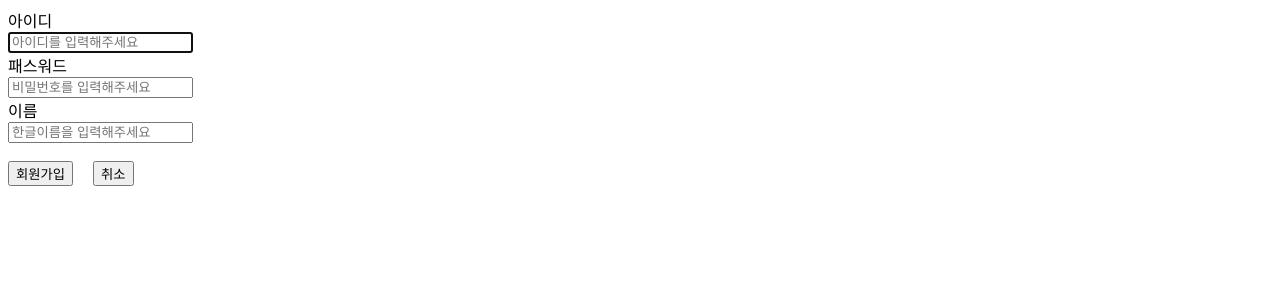
Repository: AHJ2616/Java
Page: http://localhost/board-jsp/06Session/Register_form.jsp
These files come from the project's save history. The page is drawn as it stood at one moment and after the next save; the edit follows.
The browser window is 1280 px wide. The pictures show the whole page.
The page is served by Tomcat 9. Other server files are loaded and not shown.

Above is the page before, as saved 2024-07-26 07:26:16.
Console error: SyntaxError: Unexpected token '}'

### jsp_workspace/board-jsp/src/main/webapp/06Session/Register_form.jsp
<%@ page language="java" contentType="text/html; charset=UTF-8"
    pageEncoding="UTF-8"%>
<!DOCTYPE html>
<html>
<head>
<meta charset="UTF-8">
<title>회원가입 작성</title>
<script>
function check_register(form){
	if(form)

}
</script>
</head>
<body>
<form id="register_form" action="Register.jsp" method="post" onsubmit="return check_register(this)">
<label for= "id">아이디</label><br>
<input type= "text" name= "id" id="id" autofocus="autofocus" required="required" placeholder="아이디를 입력해주세요"/><br>
<label for= "pw">패스워드</label><br>
<input type= "password" name= "pw" id="pw" required="required" placeholder="비밀번호를 입력해주세요"/><br>
<label for= "name">이름</label><br>
<input type= "text" name= "name" id="name" placeholder="한글이름을 입력해주세요"/><br><br>
<input type= "submit" value="회원가입" /> &nbsp;&nbsp;&nbsp;
<button type= "button" onclick= "location.href='login_form.jsp'">취소</button>
</form>
</body>
</html>

After the next save:
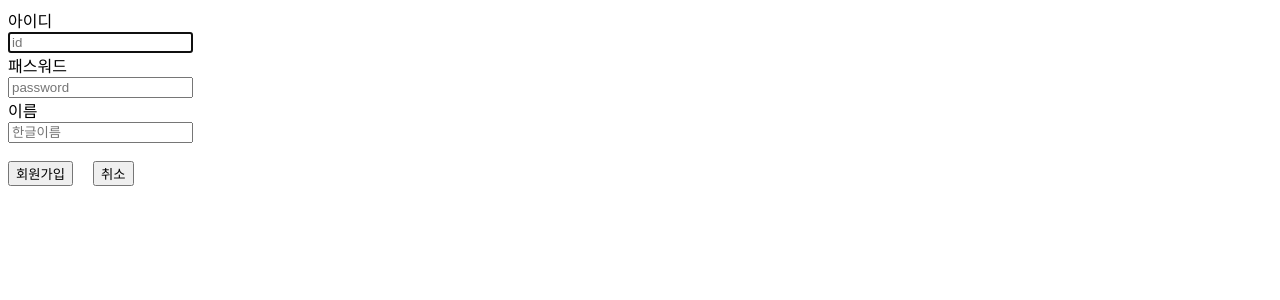
The error is gone.
Saved 101 s later.
--- a/jsp_workspace/board-jsp/src/main/webapp/06Session/Register_form.jsp
+++ b/jsp_workspace/board-jsp/src/main/webapp/06Session/Register_form.jsp
@@ -7,7 +7,15 @@
 <title>회원가입 작성</title>
 <script>
 function check_register(form){
-	if(form)
+	if(!form.id.value){
+		alret("아이디를 입력해주세요")
+	}
+	if(!form.pw.value){
+		alret("패스워드를 입력해주세요")
+	}
+	if(!form.name.value){
+		alret("이름 입력해주세요")
+	}
 
 }
 </script>
@@ -15,11 +23,11 @@ function check_register(form){
 <body>
 <form id="register_form" action="Register.jsp" method="post" onsubmit="return check_register(this)">
 <label for= "id">아이디</label><br>
-<input type= "text" name= "id" id="id" autofocus="autofocus" required="required" placeholder="아이디를 입력해주세요"/><br>
+<input type= "text" name= "id" id="id" autofocus="autofocus" required="required" placeholder="id"/><br>
 <label for= "pw">패스워드</label><br>
-<input type= "password" name= "pw" id="pw" required="required" placeholder="비밀번호를 입력해주세요"/><br>
+<input type= "password" name= "pw" id="pw" required="required" placeholder="password"/><br>
 <label for= "name">이름</label><br>
-<input type= "text" name= "name" id="name" placeholder="한글이름을 입력해주세요"/><br><br>
+<input type= "text" name= "name" id="name" placeholder="한글이름"/><br><br>
 <input type= "submit" value="회원가입" /> &nbsp;&nbsp;&nbsp;
 <button type= "button" onclick= "location.href='login_form.jsp'">취소</button>
 </form>
